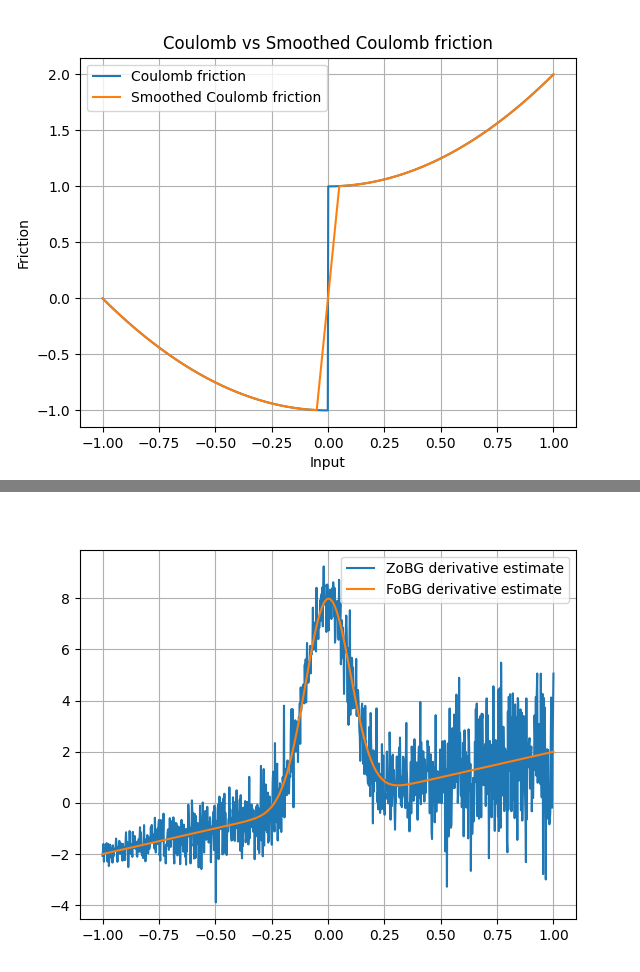
Repository: oomcth/Gradient-smoothing
Script's output: python test.py
These files come from the project's save history. The script's output is drawn as it stood at one moment and after the next save; the edit follows.
Each picture stacks the figures in order, with grey between them; figures that are only written to a file come last. Random numbers start from a fixed seed.

Above is the script's output before, as saved 2025-11-23 12:26:02.

### test.py
import numpy as np
import matplotlib.pyplot as plt

rng = np.random.default_rng()
sigma = 0.1
t = 0.1


def coulomb_friction(x):
    return x**2 + (-1 if x < 0 else 1)


def smoothed_coulomb_friction(x, t):
    assert t > 0
    return x**2 + (-1 if x < -t / 2 else 1 if x > t / 2 else 2 * x / t)


def visualize_coulomb(t):
    x = np.linspace(-1, 1, 1000)
    y1 = np.array([coulomb_friction(l) for l in x])
    y2 = np.array([smoothed_coulomb_friction(l, t) for l in x])

    plt.plot(x, y1, label="Coulomb friction")
    plt.plot(x, y2, label="Smoothed Coulomb friction")

    plt.legend()
    plt.xlabel("Input")
    plt.ylabel("Friction")
    plt.title("Coulomb vs Smoothed Coulomb friction")
    plt.grid(True)
    plt.show()


def gaussian_pdf(x, mu=0.0, sigma=1.0):
    return 1.0 / (np.sqrt(2 * np.pi) * sigma) * np.exp(-0.5 * ((x - mu) / sigma) ** 2)


def zo_gradient(f, x, M=100):
    x = np.array([x], dtype=np.float64)
    omegas = np.random.normal(loc=0, scale=sigma, size=M)
    xs = x + omegas
    fx = np.array([f(xi) for xi in xs])
    glp = -omegas / (sigma**2)
    return -(fx * glp).sum(axis=0) / M


def fo_gradient(f, x, M=100):
    x = np.array([x], dtype=np.float64)
    omegas = np.random.normal(loc=0, scale=sigma, size=M)
    xs = x + omegas
    grads = 2 * xs
    return grads.mean() + 2 * gaussian_pdf(-x, mu=0, sigma=sigma)


def bi_gradient(f, x, M=100):
    x = np.array([x], dtype=np.float64)
    grads = 2 * x
    return grads.mean() + 2 * gaussian_pdf(-x, mu=0, sigma=sigma)


def visualize_coulomb_derivatives():
    x = np.linspace(-1, 1, 1000)

    y1 = np.array([zo_gradient(coulomb_friction, l, M=100) for l in x])
    y2 = np.array([fo_gradient(coulomb_friction, l, M=100) for l in x])
    y2 = np.array([bi_gradient(coulomb_friction, l, M=100) for l in x])

    plt.plot(x, y1, label="ZoBG derivative estimate")
    plt.plot(x, y2, label="FoBG derivative estimate")
    plt.legend()
    plt.grid(True)
    plt.show()


visualize_coulomb(t)
visualize_coulomb_derivatives()

After the next save:
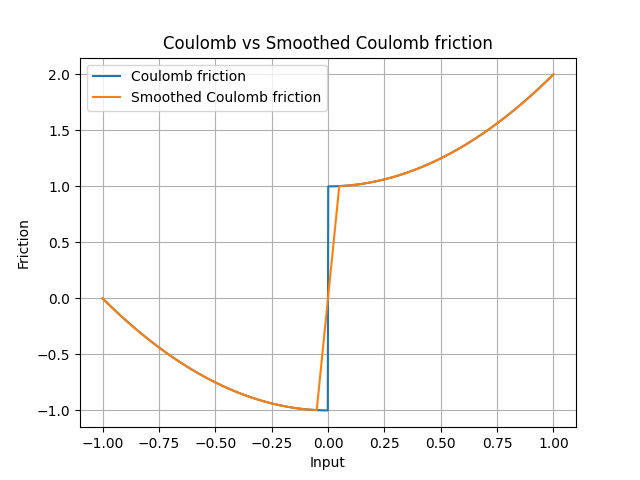
Error: NameError: name 'y3' is not defined
Saved 40 s later.
--- a/test.py
+++ b/test.py
@@ -67,6 +67,7 @@ def visualize_coulomb_derivatives():
 
     plt.plot(x, y1, label="ZoBG derivative estimate")
     plt.plot(x, y2, label="FoBG derivative estimate")
+    plt.plot(x, y3, label="biBG derivative estimate")
     plt.legend()
     plt.grid(True)
     plt.show()

After the save that followed:
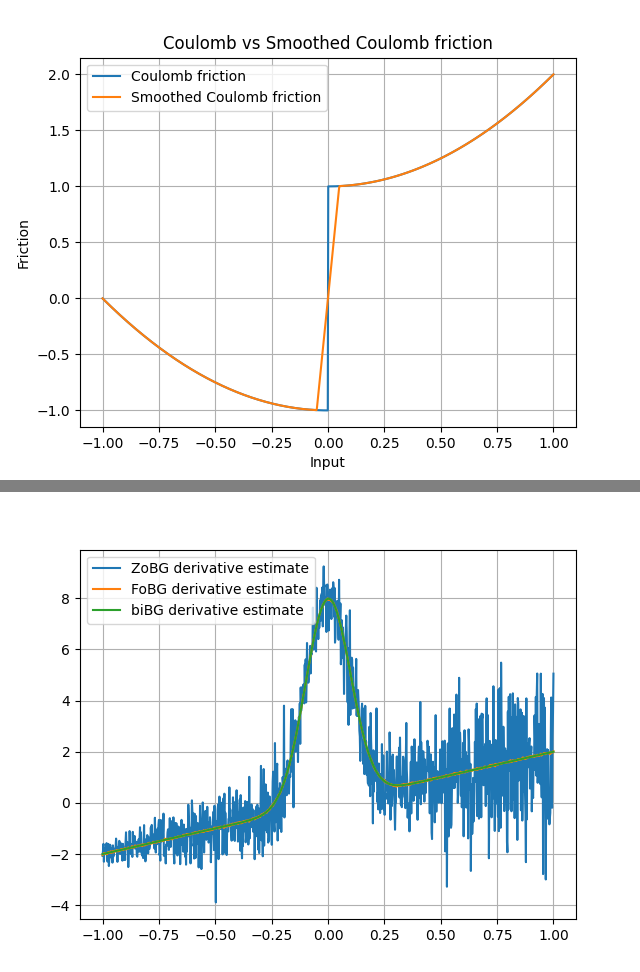
The error is gone.
Saved 5 s later.
--- a/test.py
+++ b/test.py
@@ -63,7 +63,7 @@ def visualize_coulomb_derivatives():
 
     y1 = np.array([zo_gradient(coulomb_friction, l, M=100) for l in x])
     y2 = np.array([fo_gradient(coulomb_friction, l, M=100) for l in x])
-    y2 = np.array([bi_gradient(coulomb_friction, l, M=100) for l in x])
+    y3 = np.array([bi_gradient(coulomb_friction, l, M=100) for l in x])
 
     plt.plot(x, y1, label="ZoBG derivative estimate")
     plt.plot(x, y2, label="FoBG derivative estimate")
